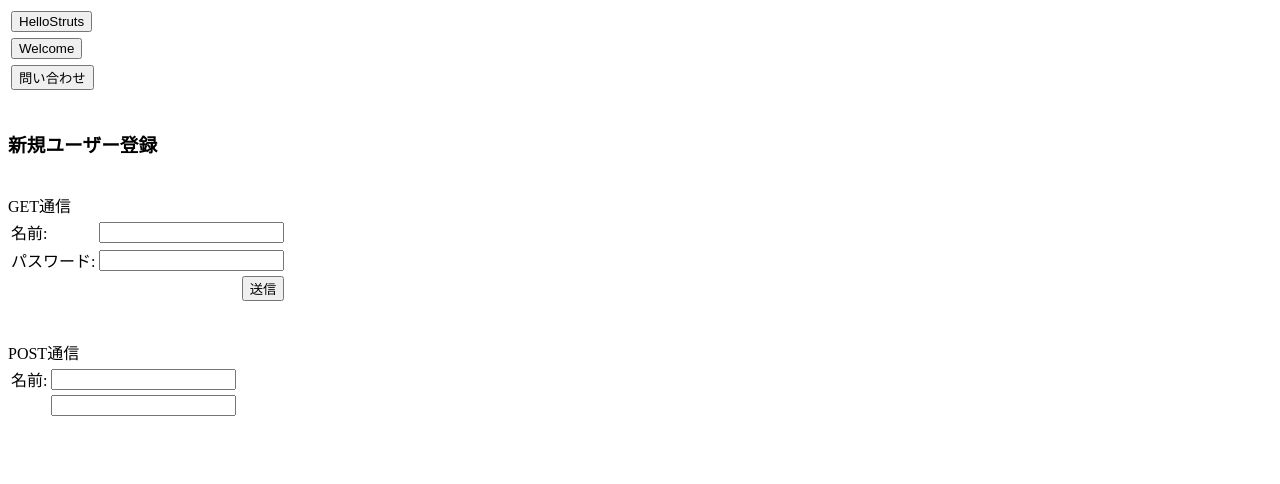
Repository: kf3225/backup
Page: http://localhost/webproj2/
These files come from the project's save history. The page is drawn as it stood at one moment and after the next save; the edit follows.
The browser window is 1280 px wide. The pictures show the whole page.
The page is served by Tomcat 9. Other server files are loaded and not shown.

Above is the page before, as saved 2018-01-16 05:27:02.

### webproj2/WebContent/index.jsp
<%@ page language="java" contentType="text/html; charset=UTF-8"
pageEncoding="UTF-8"%>
<%@ taglib prefix="s" uri="/struts-tags"%>

<!DOCTYPE html>
<html lang="ja">
	<head>
		<meta charset="UTF-8">
		<title>INDEX</title>
	</head>
	<body>
		<s:form action="HelloStrutsAction">
			<s:submit value="HelloStruts"/>
		</s:form>

		<s:form action="WelcomeAction">
			<s:submit value="Welcome"/>
		</s:form>

		<s:form action="InquiryAction">
			<s:submit value="問い合わせ"/>
		</s:form>

		<br>
		<h3>新規ユーザー登録</h3>
		<br>GET通信<br>
		<s:form method="get" action="TestAction">
			<s:textfield name="username" label="名前"/>
			<s:password name="password" label="パスワード"/>
			<s:submit value="送信"/>
		</s:form>
		<br>
		<br>POST通信<br>
		<s:form method="post" action="TestAction">
			<s:textfield name="username" label="名前"/>
			<s:password name="password" labet="パスワード"/>
		</s:form>
	</body>
</html>

After the next save:
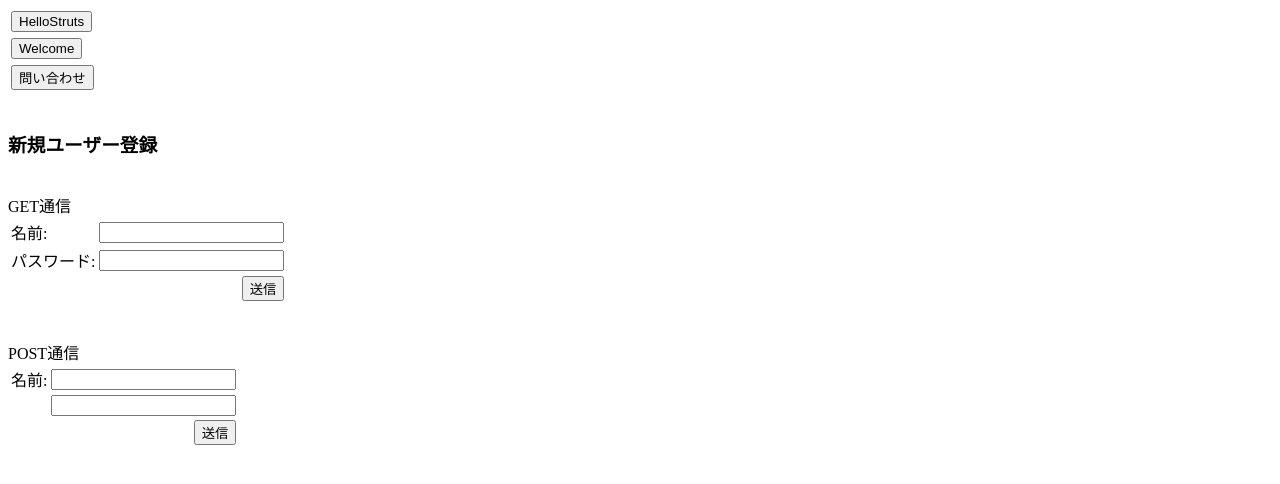
Saved 85 s later.
--- a/webproj2/WebContent/index.jsp
+++ b/webproj2/WebContent/index.jsp
@@ -34,6 +34,7 @@ pageEncoding="UTF-8"%>
 		<s:form method="post" action="TestAction">
 			<s:textfield name="username" label="名前"/>
 			<s:password name="password" labet="パスワード"/>
+			<s:submit value="送信"/>
 		</s:form>
 	</body>
 </html>
